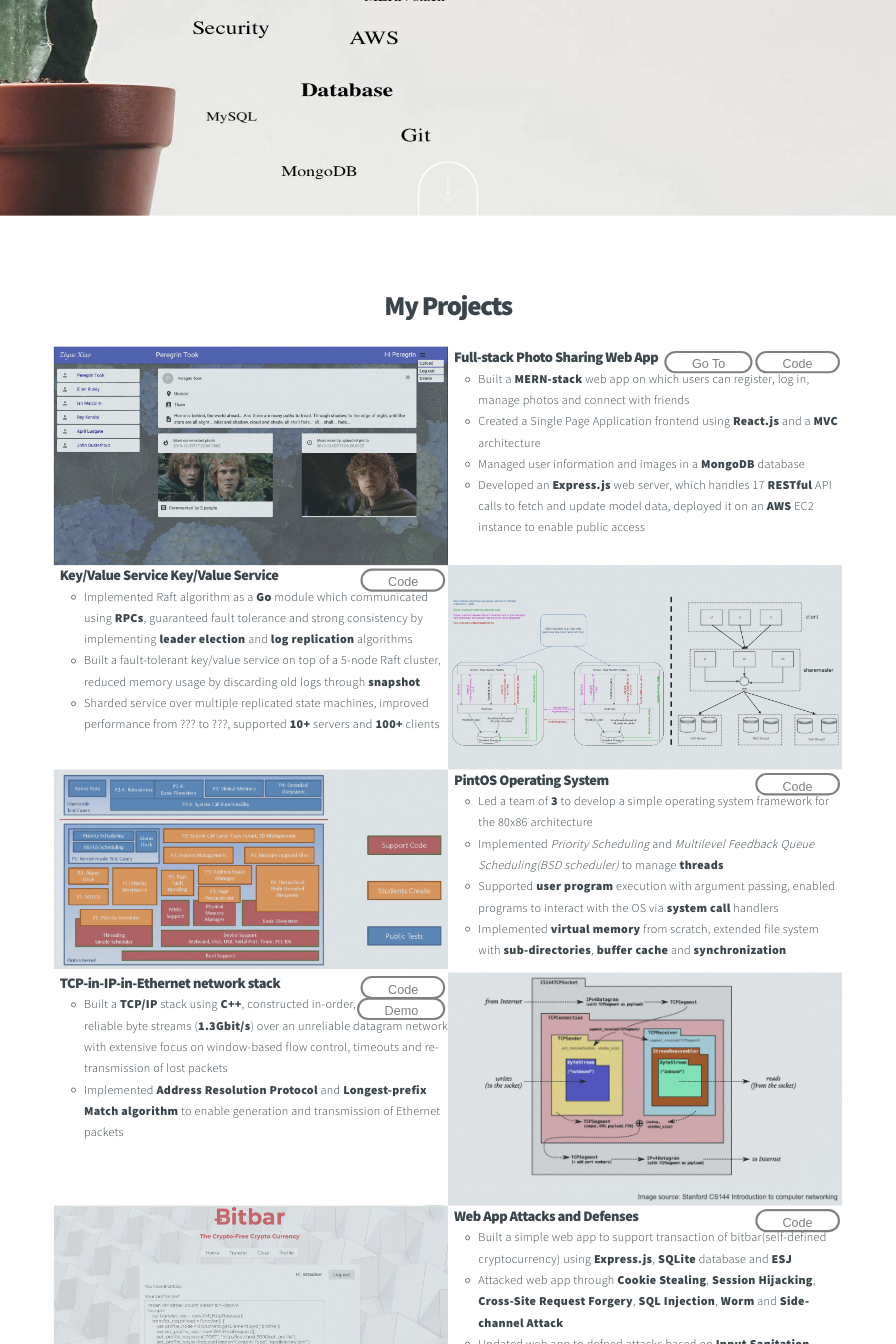
Repository: Zoey-2029/zoey-2029.github.io
Page: index.html
An editor plug-in stored every save of this project. The page is shown before and after the next save, followed by the edit.
The browser window is 1280 px wide. The pictures show the part of the page from y = 2415 to 4335 px (the page is 5714 px tall), at 70% of full size.
Backgrounds fixed to the window are drawn as part of the page.

Above is the page before, as saved 2021-07-23 01:26:51.
Console error (its wording comes from the project's code and is left out).

After the next save:
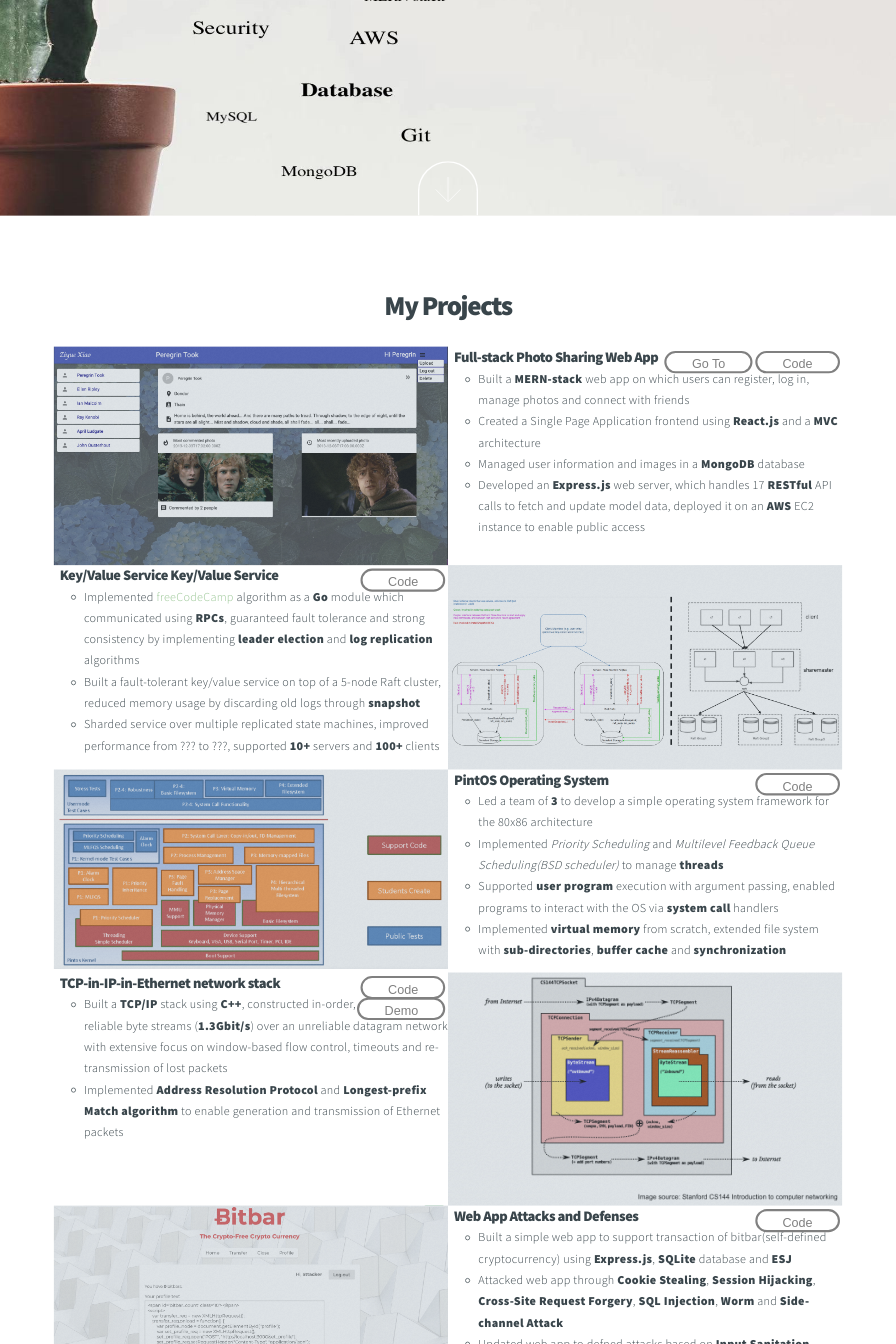
The error is gone.
Saved 46 s later.
--- a/index.html
+++ b/index.html
@@ -164,7 +164,7 @@
 										<button onclick="window.open('https://github.com/Zoey-2029/Sharded-Fault-tolerant-Key-Value-Service')" type="button">Code</button>
 									</h4>
 									<ul>
-										<li> Implemented <span onclick="window.open(http://nil.csail.mit.edu/6.824/2021/papers/raft-extended.pdf)">Raft</span>
+										<li> Implemented <a href="https://www.freecodecamp.org/">freeCodeCamp</a>
 											algorithm as a <b>Go</b> module which communicated using <b>RPCs</b>, guaranteed fault tolerance
 											and strong consistency by implementing <b>leader election</b> and <b>log replication</b> algorithms
 										<li> Built a fault-tolerant key/value service on top of a 5-node Raft cluster, reduced memory usage by discarding old
